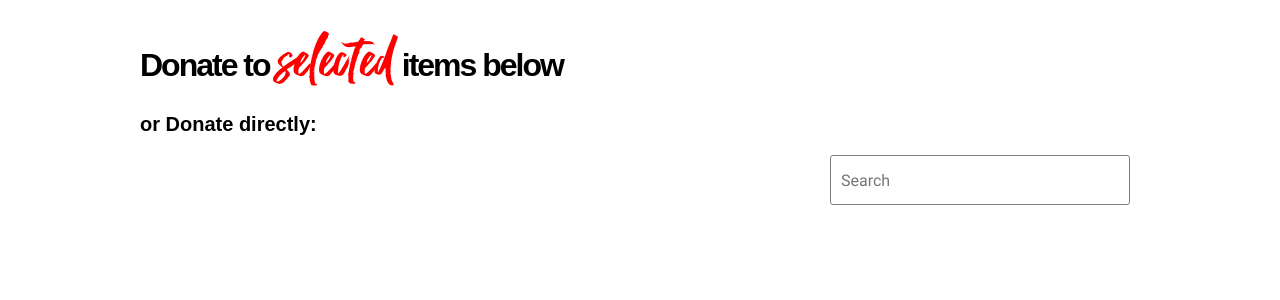
Repository: David-Waite/edableStyleChanges
Page: /
An editor plug-in stored every save of this project. The page is shown before and after the next save, followed by the edit.
The browser window is 1280 px wide. The pictures show the whole page.
The project was rebuilt for these pictures with package versions that can differ from the ones it lists, and the page was loaded fresh each time. Also part of the build but not shown: src/components/Item/ProgressBar.css, src/components/Volunteer/Volunteer.tsx, src/components/DonorForm/Message.css, src/components/Volunteer/VolunteerError.tsx, src/components/Default.tsx, src/components/DonorForm/Paypal.tsx, src/components/DonorForm/DonorForm.tsx, src/components/DonorForm/PastDonations.css and 8 more.

Above is the page before, as saved 2022-11-09 19:12:13.

After the next save:
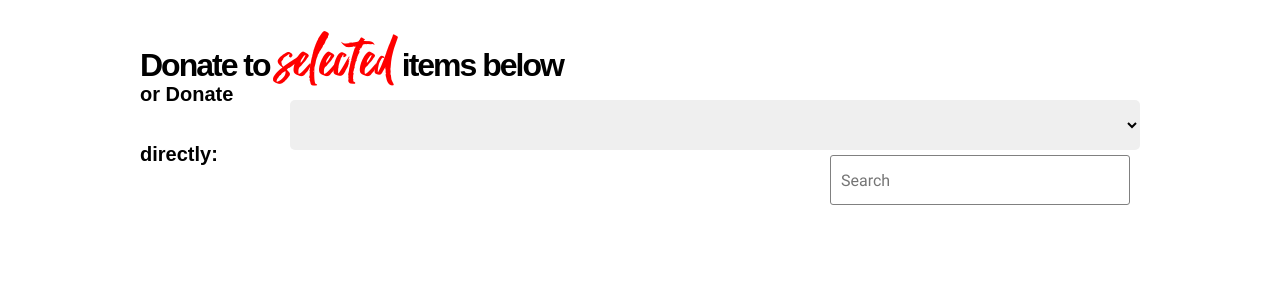
Saved 10 s later.
--- a/src/components/Landing/Landing.tsx
+++ b/src/components/Landing/Landing.tsx
@@ -110,6 +110,7 @@ function Landing() {
           </h2>
           <div className="selectOrgCon">
             <h2 className="selectOrg">or Donate directly:</h2>
+            <select name="" id=""></select>
           </div>
         </div>
 
